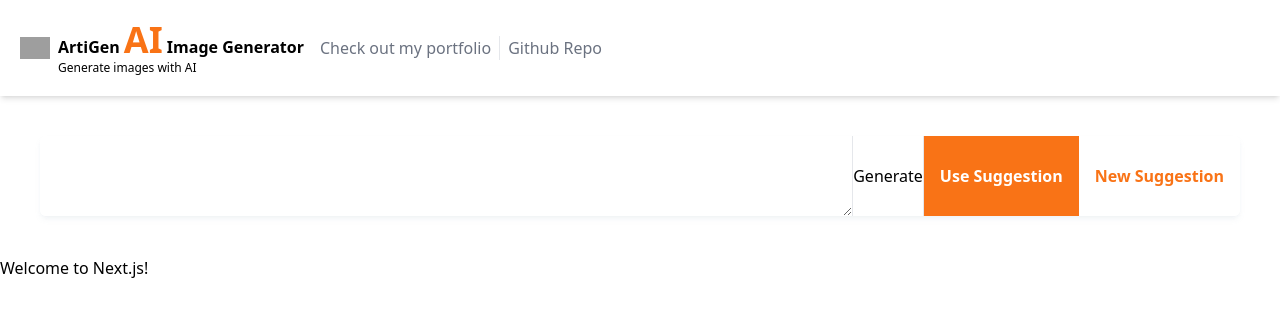
Repository: AlgoHussle/image-generator
Page: /
The author's editor kept a copy of each file at every save. The page is drawn from the files as they stood at one save, then again after the next save.
The browser window is 1280 px wide. The pictures show the whole page.
Pictures or frames that could not be fetched are drawn as grey boxes. The project was rebuilt for these pictures with package versions that can differ from the ones it lists, and the page was loaded fresh each time. The framework's server and built-in components were replaced by stand-ins that run in the browser. Also part of the build but not shown: next.config.js.

Above is the page before, as saved 2023-04-26 13:38:57.

After the next save:
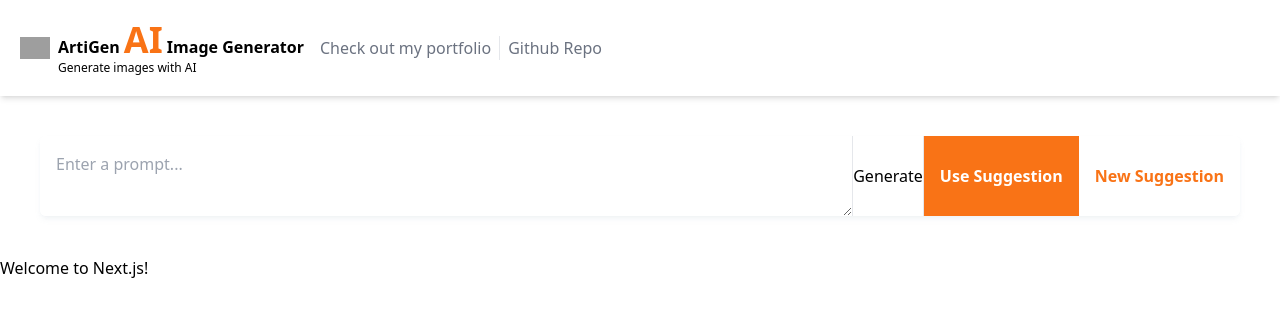
Saved 7 s later.
--- a/components/PromptInput.tsx
+++ b/components/PromptInput.tsx
@@ -4,7 +4,7 @@ function PromptInput() {
     <div className="m-10">
         <form className="flex flex-col lg:flex-row shadow-md shadow-slate-400/10 rounded-md lg:divide-x">
             <textarea
-            placeholder=""
+            placeholder="Enter a prompt..."
             className="flex-1 p-4 outline-none rounded-md" />
             <button
                 type="submit"
